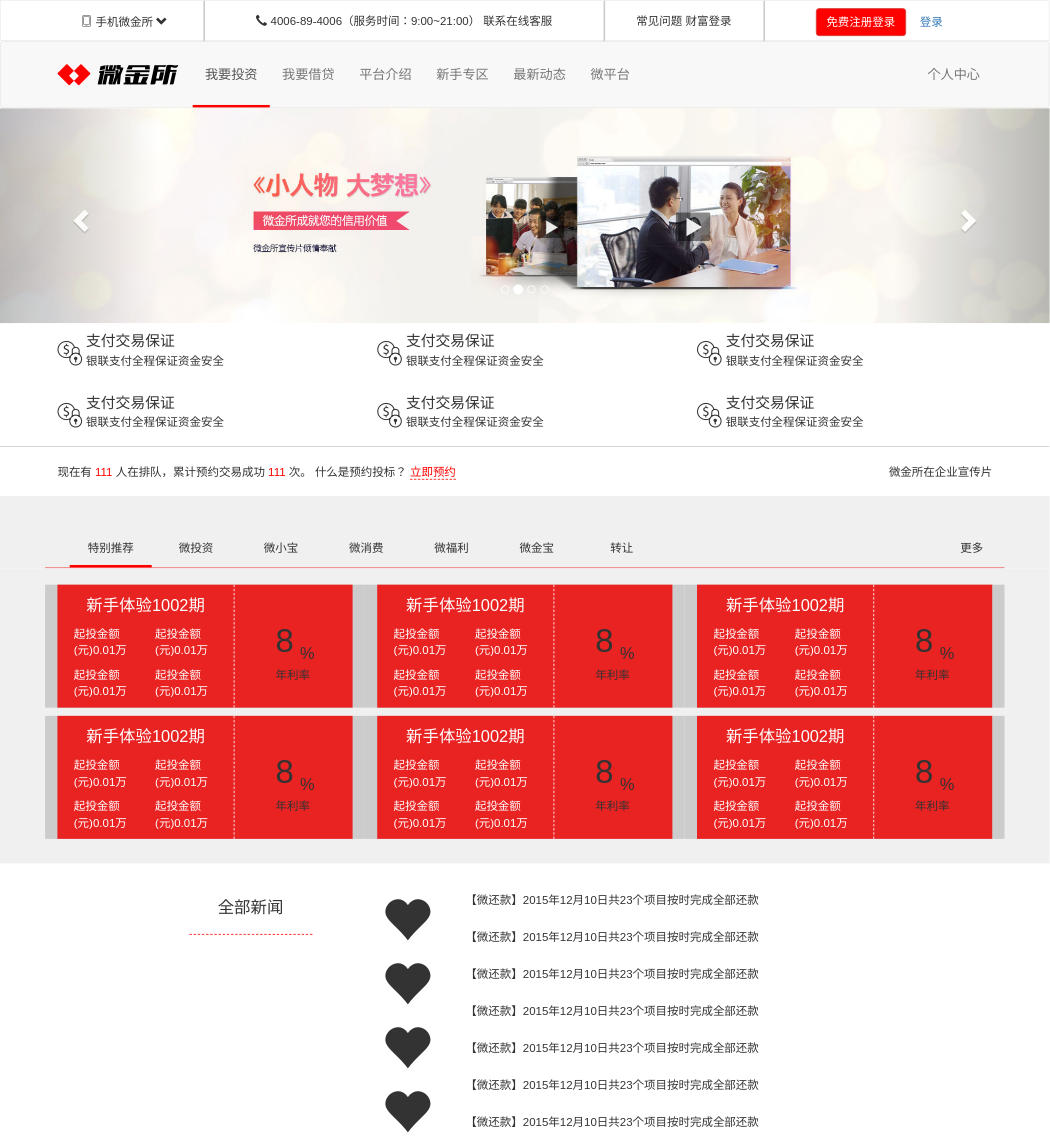
Repository: pwy114pwy/project_02
Page: 菜单.html
These files come from the project's save history. The page is drawn as it stood at one moment and after the next save; the edit follows.
The browser window is 1280 px wide. The pictures show the whole page, at 82% of full size.
The style sheet was rebuilt from its Sass, Less or Tailwind sources for each picture, by a compiler version that may differ from the author's.

Above is the page before, as saved 2022-11-23 18:17:08.

After the next save:
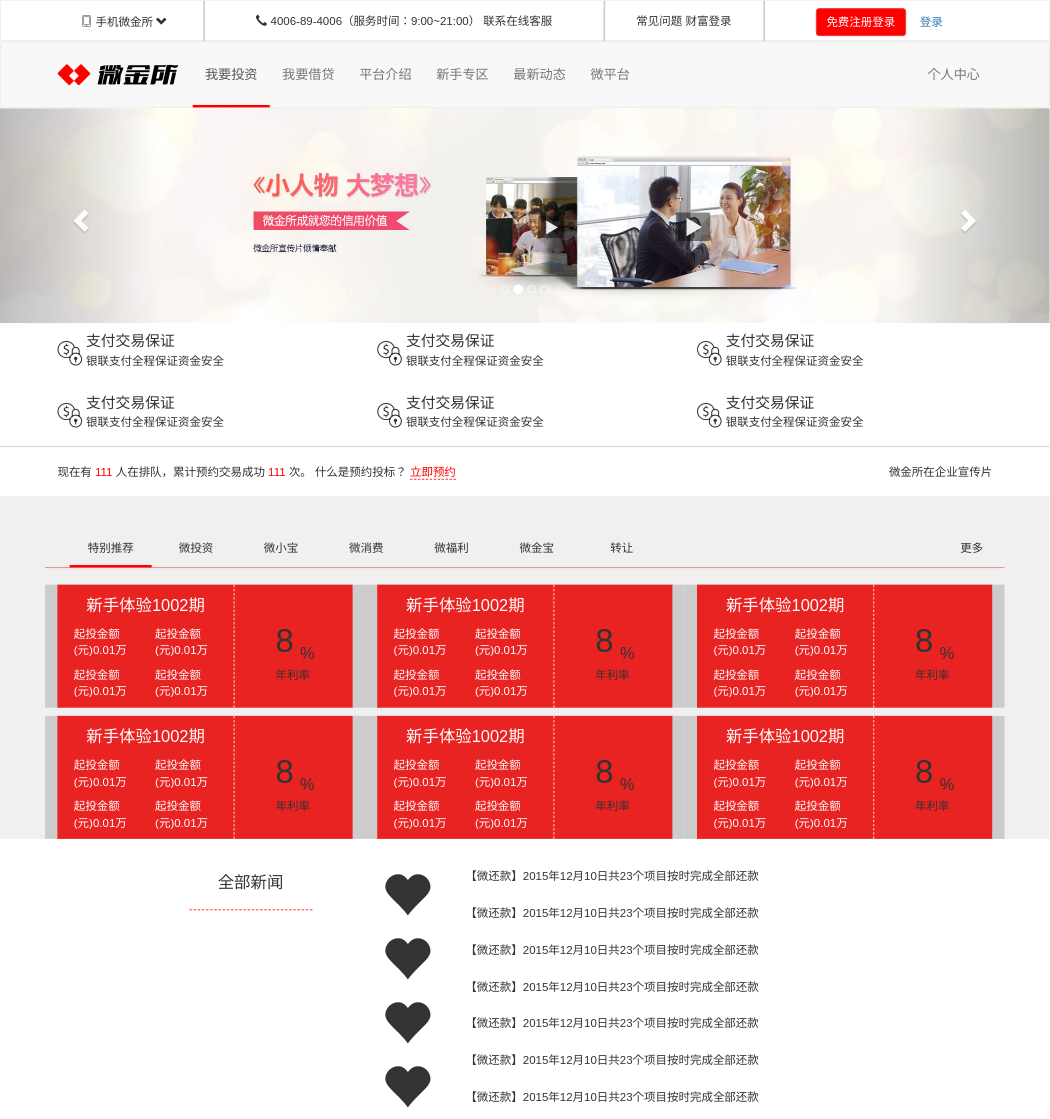
Saved 12 s later.
--- a/css/01.less
+++ b/css/01.less
@@ -217,7 +217,7 @@
 
     .row{
         padding-top: 10px;
-        padding-bottom: 30px;
+        // padding-bottom: 30px;
         >div{
             margin-top: 10px;
             position: relative;
